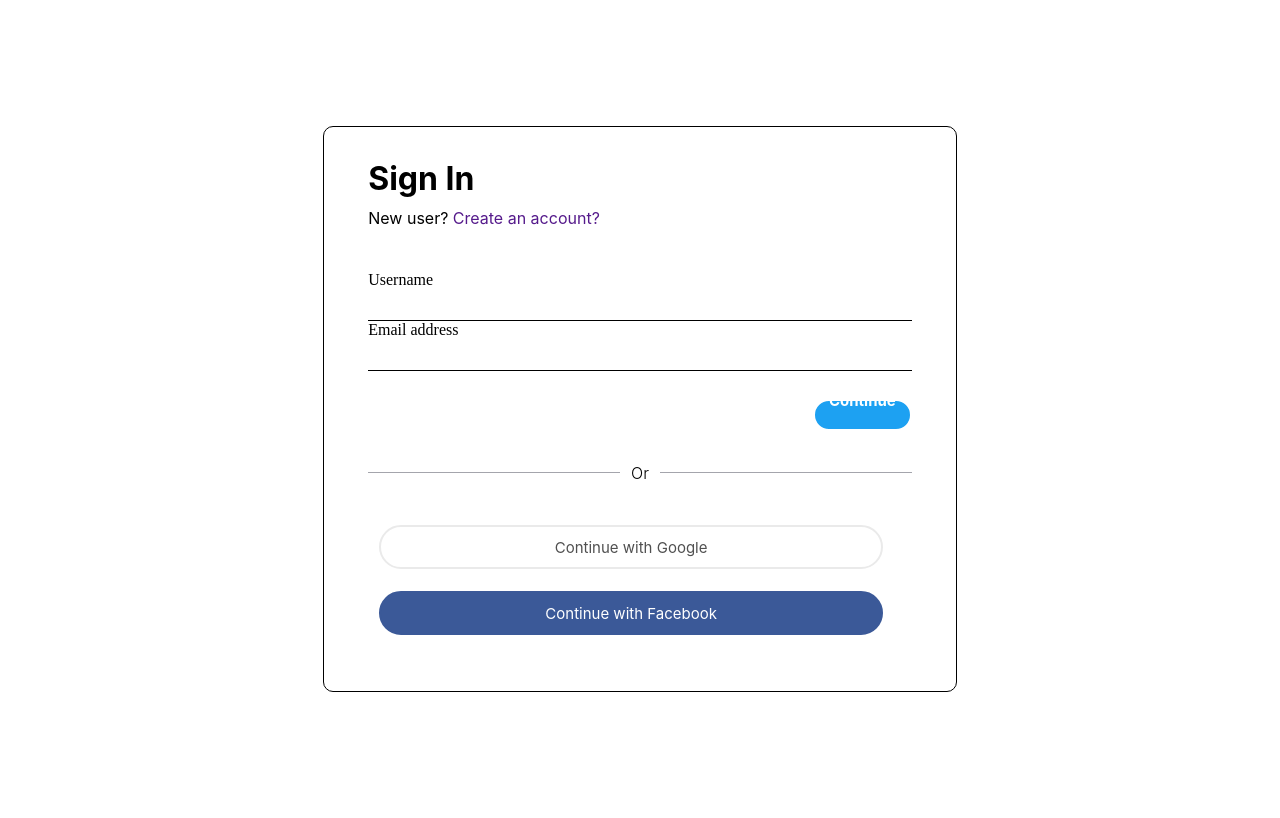
Repository: thangluu93/WereWolf
Page: Template/signIn.html
An editor plug-in stored every save of this project. The page is shown before and after the next save, followed by the edit.
The browser window is 1280 px wide. The pictures show the whole page.

Above is the page before, as saved 2020-01-13 15:15:03.

After the next save:
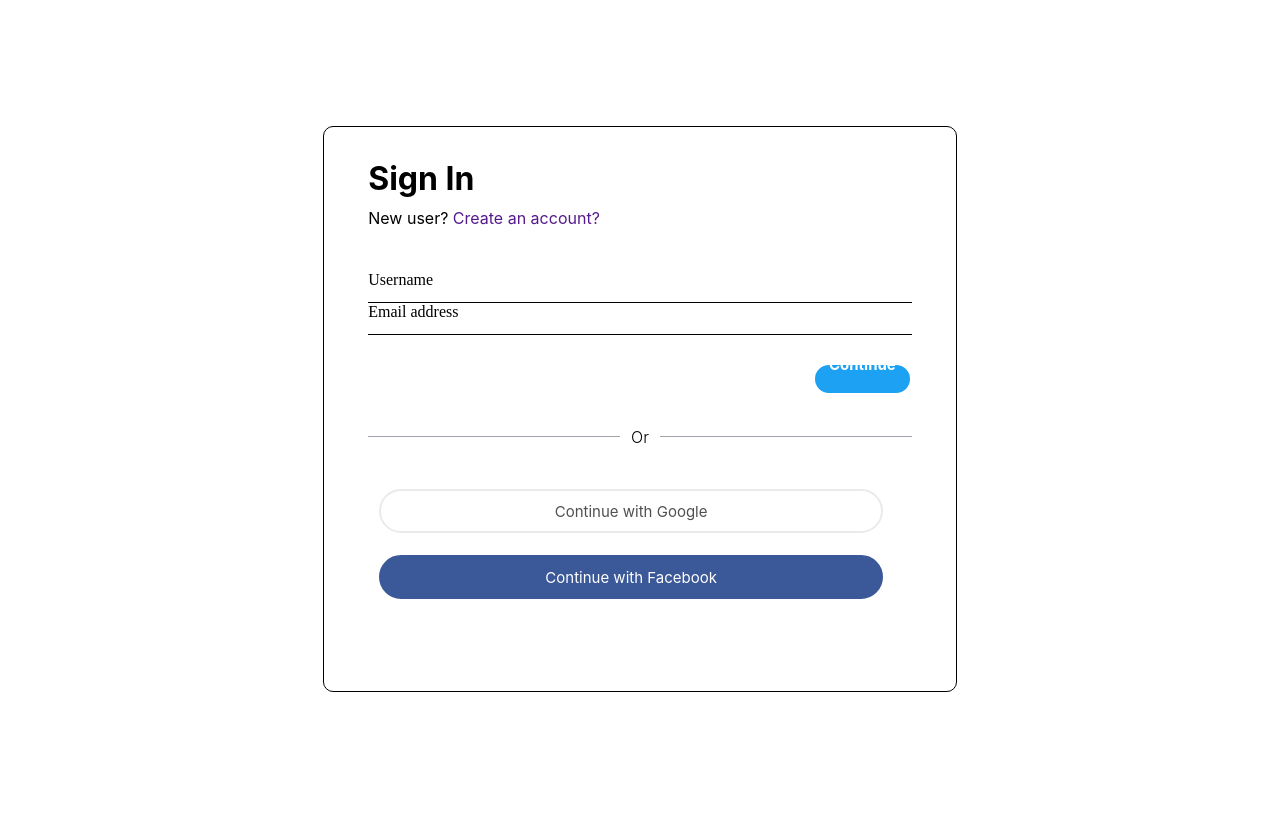
Saved 5 min 16 s later.
--- a/Stylesheet/signInStyle.css
+++ b/Stylesheet/signInStyle.css
@@ -193,3 +193,7 @@ a{
     outline: none;
     background: transparent;
 }
+
+.inputBox label{
+    position: absolute;
+}
